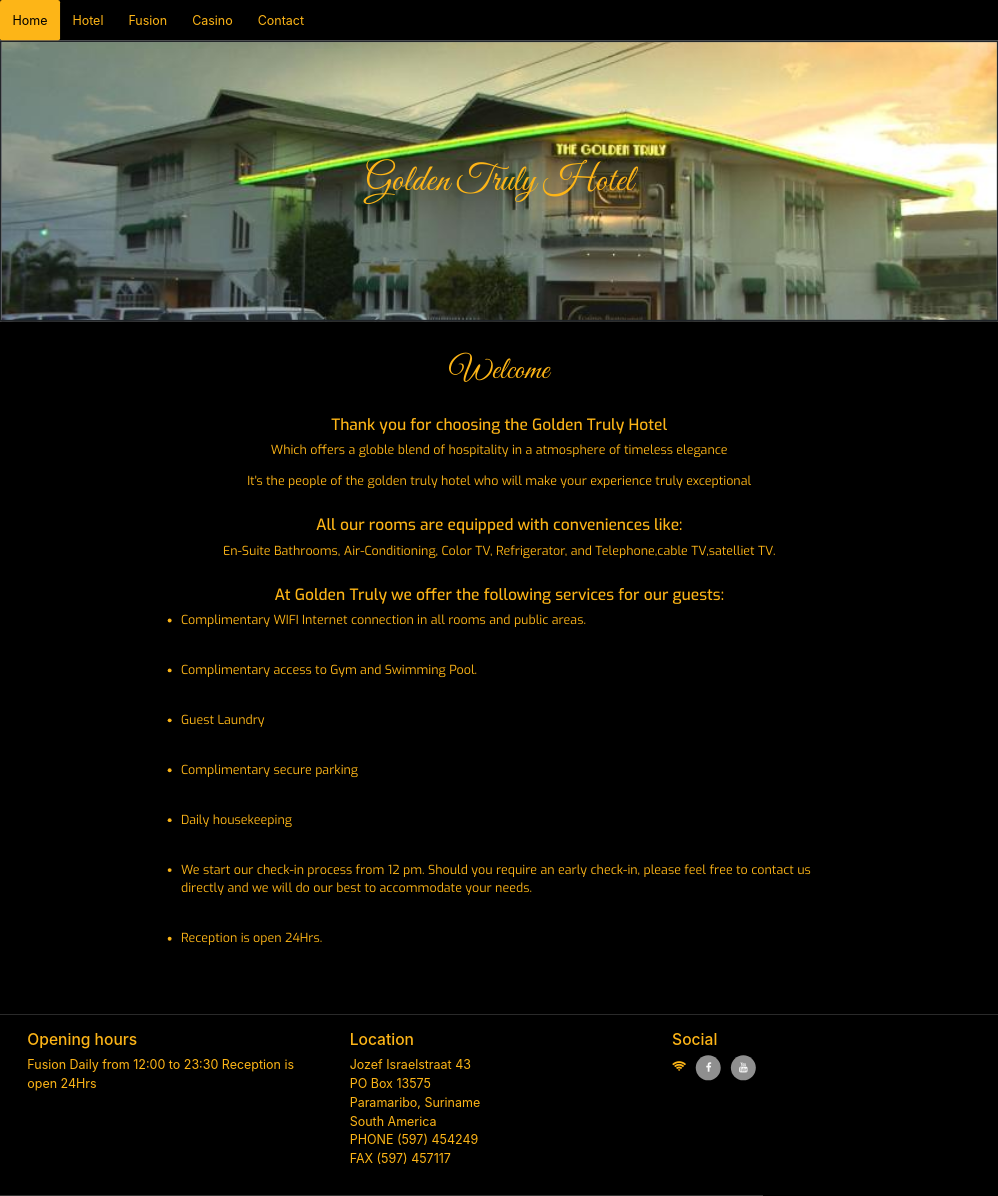
Repository: Code-Institute-Submissions/anthonycaf-Milestone1
Page: index.html
The author's editor kept a record of every edit. The page is drawn from the files as they stood at one moment, then again after the next edit.
The browser window is 1280 px wide. The pictures show the whole page, at 78% of full size.

Above is the page before.

### index.html
<!DOCTYPE html>
<html lang="en">

<head>
 <meta charset="UTF-8">
 <meta name="viewport" content="width=device-width, initial-scale=1.0">
 <meta http-equiv="X-UA-Compatible" content="ie=edge">
 <!--             links/bootstrap/fontawsome    -->
 <link rel="stylesheet" href="https://stackpath.bootstrapcdn.com/font-awesome/4.7.0/css/font-awesome.min.css" type="text/css" />
 <link rel="stylesheet" href="https://stackpath.bootstrapcdn.com/bootstrap/4.3.1/css/bootstrap.min.css" type="text/css" />
 <!--             main/css                      -->
 <link rel="stylesheet" href="./css/style.css" type="text/css" />
 <title>Golden Truly Hotel</title>
</head>

<body>
 <header>
  <ul Id="nav-bar">
   <li class="nav-bar-item"><a class="nav-link-item" href="index.html">Home</a></li>
   <li class="nav-bar-item"><a class="nav-link-item" href="hotel.html">Hotel</a></li>
   <li class="nav-bar-item"><a class="nav-link-item" href="fusion.html">Fusion</a></li>
   <li class="nav-bar-item"><a class="nav-link-item" href="casino.html">Casino</a></li>
   <li class="nav-bar-item"><a class="nav-link-item" href="contact.html">Contact</a></li>
  </ul>
  <div class="bg-image-title">
   <a href="index.html" class="img"></a>
   <h1 id="title">Golden Truly Hotel</h1>
  </div>
 </header>
 <main>
  <section class="section ">
   <h2 id="welcome" class="uppercase text-center">Welcome</h2>
   <hr>
   <h5 class="uppercase text-center">Thank you for choosing the Golden Truly Hotel</h5>
   <p class="text-center">Which offers a globle blend of hospitality in a atmosphere of timeless elegance</p>
   <p class="text-center">It's the people of the golden truly hotel who will make your experience truly exceptional</p>
   <hr>
   <h5 class="uppercase text-center">All our rooms are equipped with conveniences like:</h5>
   <p class="text-center">En-Suite Bathrooms, Air-Conditioning, Color TV, Refrigerator, and Telephone,cable TV,satelliet TV.</p>
   <hr>
   <h5 class="uppercase text-center">At Golden Truly we offer the following services for our guests:</h5>
   <ul class="room-services">
    <li class="room-services-item">Complimentary WIFI Internet connection in all rooms and public areas.</li>
    <li class="room-services-item">Complimentary access to Gym and Swimming Pool.</li>
    <li class="room-services-item">Guest Laundry</li>
    <li class="room-services-item">Complimentary secure parking</li>
    <li class="room-services-item">Daily housekeeping</li>
    <li class="room-services-item">We start our check-in process from 12 pm. Should you require an early check-in, please feel free to contact us directly and we will do our best to accommodate your needs.</li>
    <li class="room-services-item">Reception is open 24Hrs.</li>
   </ul>
  </section>
 </main>
  <footer class="container-fluid">
  <div id="footer-details" class="row">
   <div class="col-sm-4">
    <h5 class="uppercase general-sub">Opening hours</h5>
    <p class="inline-block">
   Fusion Daily from 12:00 to 23:30
   Reception is open 24Hrs
    </p>
   </div>
   <div class="col-sm-4">
    <h5 class="uppercase general-sub">Location</h5>
    <p class="inline-block">Jozef Israelstraat 43<br> PO Box 13575<br> Paramaribo, Suriname<br> South America<br> PHONE (597) 454249<br> FAX (597) 457117
    </p>

   </div>
   <div class="col-sm-4">
    <h5 class="uppercase general-sub">Social</h5>
    <ul class="list-inline social-links">
     <li class="list-inline-item">
          <i class="fa fa-wifi" aria-hidden="true"></i>
          <span class="sr-only">wifi</span>
     </li>
     <li class="list-inline-item">
      <a href="https://www.facebook.com/FusionParamariboSuriname/" target="_blank">
          <i class="fa fa-facebook" aria-hidden="true"></i>
          <span class="sr-only">facebook</span>
         </a>
     </li>

     <li class="list-inline-item">
      <a href="https://youtu.be/yjYsTbYetro" target="_blank">
          <i class="fa fa-youtube" aria-hidden="true"></i>
          <span class="sr-only">youtube</span>
         </a>
     </li>
    </ul>
   </div>
  </div>
 </footer>


</body>

</html>

### css/style.css
 /*------------google-fonts----------*/

 @import url('https://fonts.googleapis.com/css?family=Exo:100,200,300,400,500,600,700|Great+Vibes&display=swap:100,200,300,400,500,600,700');

 body {
  margin: 0;
 }

 /*------------- images --------------*/

 .master-img1 {
  background-image: url(../images/master1.jpg);
 }

 .master-img2 {
  background-image: url(../images/housekeeping.jpg);
 }

 .master-img3 {
  background-image: url(../images/design-lobby-ceiling.jpg);
 }

 .suite-img1 {
  background-image: url(../images/suit1.jpg);
 }

 .suite-img2 {
  background-image: url(../images/suite2.jpg);
 }

 .suite-img3 {
  background-image: url(../images/suite3.jpg);
 }

 .bg-image-title {
  background: url("../images/golden-truly-hotel.jpg");
 }
 .amenities-img1 {
  background-image: url(../images/pool.jpg);
 }
  .amenities-img2 {
  background-image: url(../images/gym.jpg);
 }
  .amenities-img3 {
  background-image: url(../images/sun-terrace.jpg);
 }
 /*-------------------food-images -----------*/
 .bg-food-img1 {
  background-image: url("../images/beef-bowl.jpg");
 }
 .bg-food-img2 {
  background-image: url("../images/close-up-coffee.jpg");
 }
.bg-food-img3 {
  background-image: url("../images/close-up-cuisine.jpg");
 }
.bg-food-img4 {
  background-image: url("../images/chairs-coffee-shop.jpg");
 }
.bg-food-img5 {
  background-image: url("../images/cuisine-delicious.jpg");
 }
.bg-food-img6 {
  background-image: url("../images/cheese-cuisine.jpg");
 }
.bg-food-img7 {
  background-image: url("../images/brick-chair-table.jpg");
 }

.bg-food {
 display: inline-block;
 background-clip: border-box;
  background-position: center;
  background-repeat: no-repeat;
  background-size: cover;
  width: 32.3%;
  height: 150px;
}

 /*------------main----------*/

 main {
  font-family: "Exo", sans-serif;
  font-size: 1em;
  width: 100%;
  background-color: #000000;
  color: #fdb517;
  margin: 0 auto;
  padding-top: 10px;

 }

 .bg-image-title {
  background-clip: border-box;
  background-position: center;
  background-repeat: no-repeat;
  background-size: cover;
  transition: all .5s ease-in-out;
  -moz-transition: all .5s ease-in-out;
  -webkit-transition: all .5s ease-in-out;
  height: 360px;
  border: 2px solid;
 }

 #title {
  color: #fdb517;
  font-family: "Great Vibes", sans-serif;
  font-size: 3em;
  text-align: center;
  padding-top: 150px;
 }

 #welcome {
  color: #fdb517;
  font-family: "Great Vibes", sans-serif;
  font-size: 2.5em;

 }
.block-divider {
 width: 60px;
 height: 3px;
 border:0;
 background-color: #fdb517;
}
 .dl-list {
  max-width: 70%;
 }
/*------------ Section ------*/
 .section {
  padding-top: 10px;
  padding-bottom: 10px;
  margin: 0 auto;
  max-width: 70%;
 }
 .casino, .fusion {
  margin-bottom: 0;
 }


 /*-----------main nav-bar----------*/

 #nav-bar {
  width: 100vw;
  list-style-type: none;
  margin: 0;
  padding: 0;
  overflow: hidden;
  background-color: #000;
 }

 .nav-bar-item {
  float: left;
 }

 .nav-bar-item .nav-link-item {
  display: inline-block;
  color: #fdb517;
  text-align: center;
  padding: 8px 8px;
  text-decoration: none;
 }

 .nav-bar-item .nav-link-item:hover {
  background-color: #fdb517;
  color: #000000;
  border-radius: 3px;
  transition: all .8s ease-in-out;
 }

 .nav-bar-item {
  display: inline-block;
 }


 dd {
  color: #fafafa;
 }

 .room-services-item {
  margin-bottom: 0px;
  border-bottom-width: 20px;
  padding-bottom: 40px;
 }

 /*----------------iframe -----------*/

 iframe {
  width: 100%;
  height: 360px;
  border: none;
  margin: 0;
 }

 /*-----------main footer----------*/

 .container-fluid {
  background-color: #000000;
  color: #fdb517;

 }

 footer {
  background-color: #525252;
  color: #fafafa;
  min-height: 120px;
  margin: 0;
  padding: 0;
 }

 .social-links {
  padding-bottom: 15px;
 }

 .social-links li a i {
  width: 32px;
  height: 32px;
  padding: 12px 0;
  border-radius: 50%;
  font-size: 13px;
  line-height: 7px;
  text-align: center;
  color: #fafafa;
  background-color: #8f8f8f;
  transition: all 0.35s ease-in-out;
  -moz-transition: all 0.35s ease-in-out;
  -webkit-transition: all 0.35s ease-in-out;
  -o-transition: all 0.35s ease-in-out;
 }

 .social-links li a i:hover {
  background: #fdb517;
 }

 #footer-details {
  padding: 20px;
 }

 /*-----------hotel.html----------*/

 .bg-img-size {

  background-clip: border-box;
  background-position: center;
  background-repeat: no-repeat;
  background-size: cover;
  width: 33.3%;
  height: 150px;
 }


 /*----------- contact.html/form --------*/

 .contact-heading,
 .contact-thanks {
  font-family: "Great Vibes", sans-serif;
  font-weight: 300;
  margin-top: 25px;
  margin-bottom: 20px;

 }

 form {
  padding-top: 10px;
  margin: 0 auto;
  max-width: 70%;
 }

 button[type="submit"] {
  margin-top: 15px;
  margin-bottom: 20px;
  color: #fdb517;
  background-color: #000000;

 }

 /*-------------------------------------Media queries*/

 @media(min-width: 992px) {
  .center-form {
   padding-top: 30px;
   min-height: 240px;
   margin: 0 auto;
   max-width: 50%;
  }
  .section {
   padding-top: 30px;
   padding-bottom: 30px;
   margin: 0 auto;
   max-width: 70%;
  }
  .dl-list {
   max-width: 70%;
  }
  .nav-bar-item .nav-link-item {
   padding: 14px 16px;
  }
 }

After the next edit:
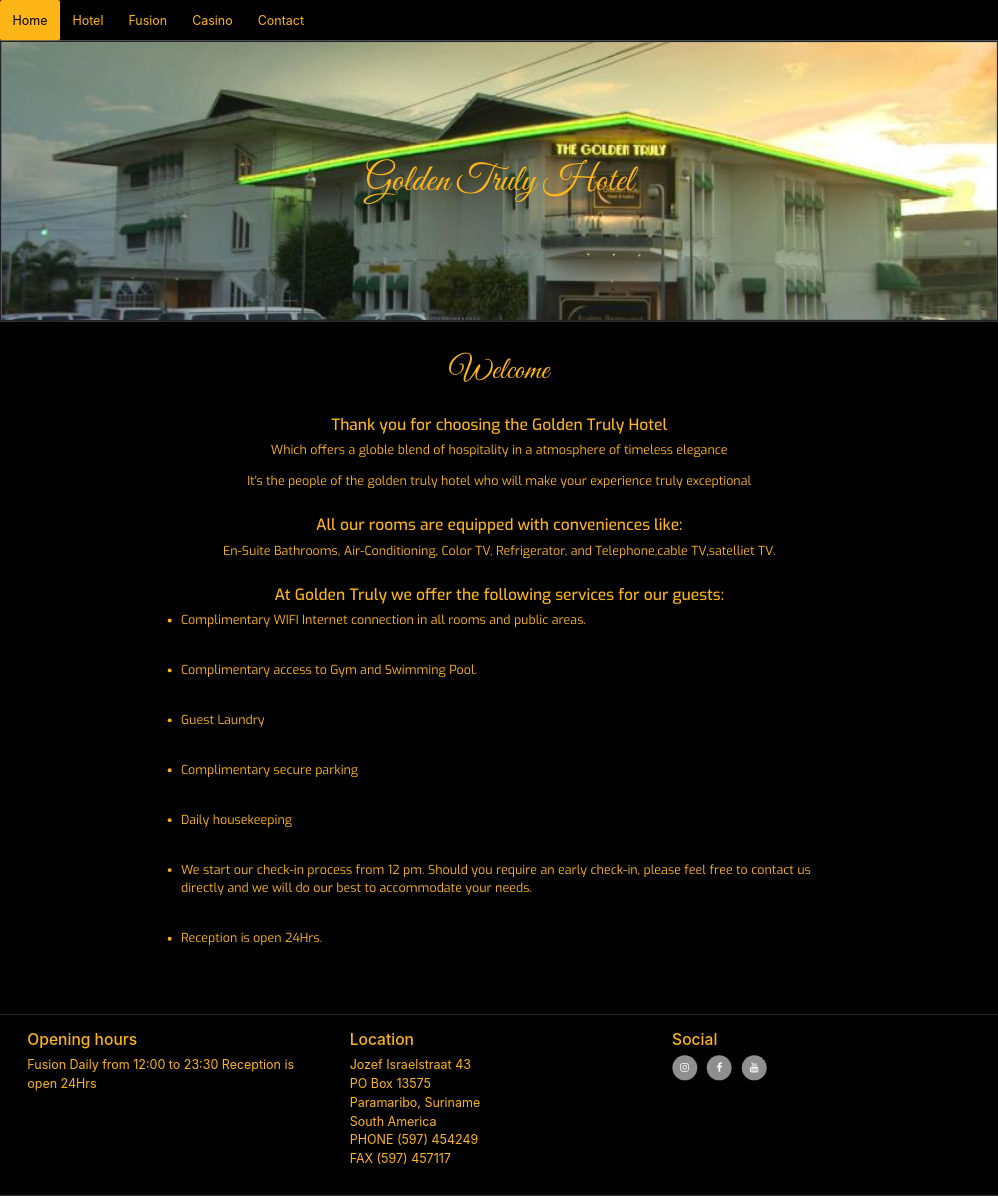
The edit:
--- a/index.html
+++ b/index.html
@@ -69,8 +69,9 @@
     <h5 class="uppercase general-sub">Social</h5>
     <ul class="list-inline social-links">
      <li class="list-inline-item">
-          <i class="fa fa-wifi" aria-hidden="true"></i>
-          <span class="sr-only">wifi</span>
+         <a href="https://instagram.com/fusion.paramaribo?igshid=xw7r1l1m8gni" target="_blank">
+          <i class="fa fa-instagram" aria-hidden="true"></i>
+          <span class="sr-only">instagram</span>
      </li>
      <li class="list-inline-item">
       <a href="https://www.facebook.com/FusionParamariboSuriname/" target="_blank">
